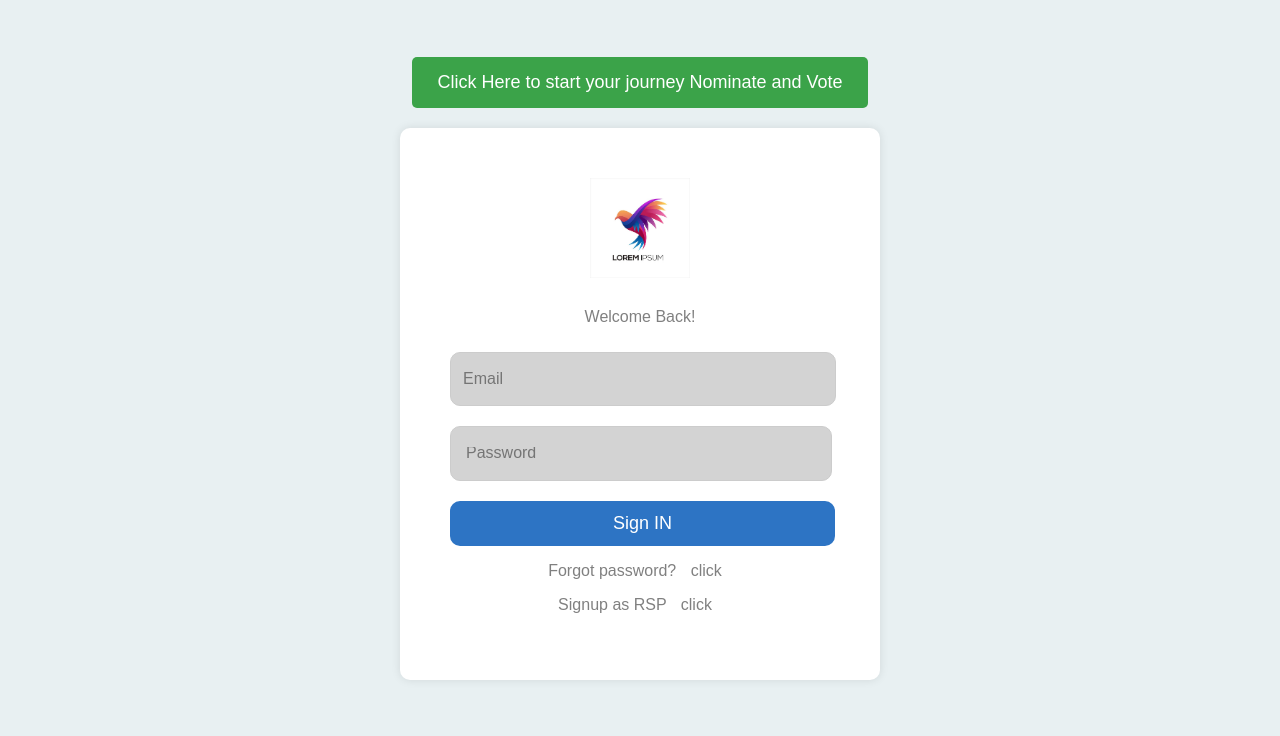
Repository: Femi007-gh/welcome
Page: index.html
These files come from the project's save history. The page is drawn as it stood at one moment and after a run of saves; the edit follows.
The browser window is 1280 px wide. The pictures show the whole page.
Some web libraries are served in a nearby version.

Above is the page before, as saved 2025-03-10 18:31:10.

After the next 2 saves:
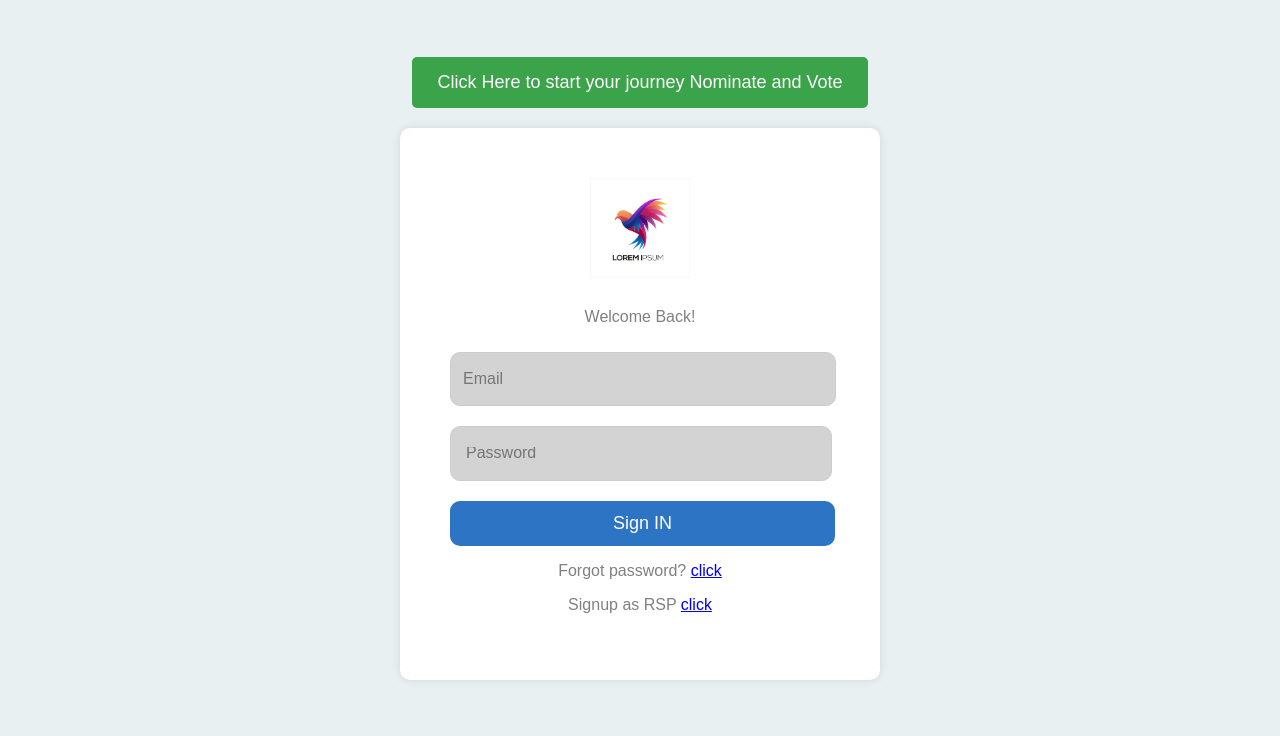
The 2 saves are shown as one change because they came seconds apart.
The last was saved 8 s later.
--- a/index.html
+++ b/index.html
@@ -117,7 +117,7 @@
             <input type="password" placeholder="Password" class="fit">
         </div>
         <button class="sign-in-button">Sign IN</button>
-        <div class="links">
+        <div class="under">
           <p class="forgot">
             Forgot password?
           <a href="#">click</a>

After the 3 saves that followed:
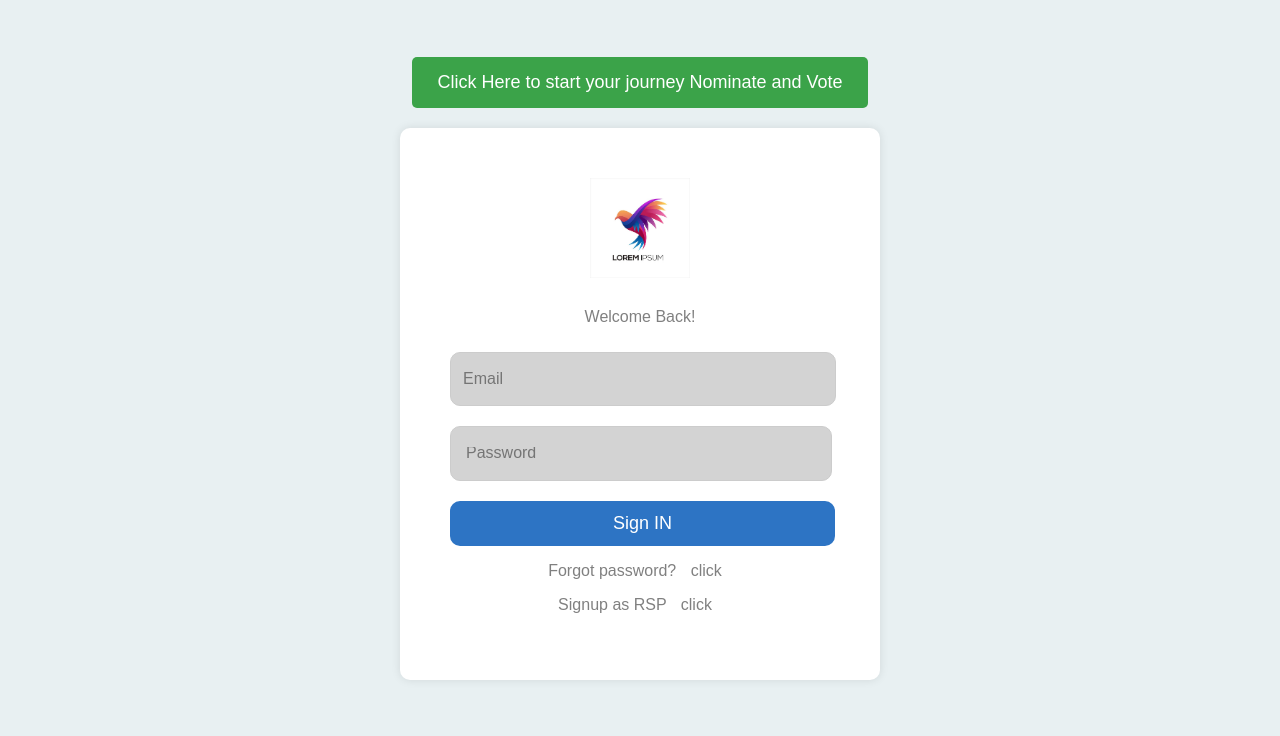
The 3 saves are shown as one change because they came seconds apart.
The last was saved 29 s later.
--- a/index.html
+++ b/index.html
@@ -117,7 +117,7 @@
             <input type="password" placeholder="Password" class="fit">
         </div>
         <button class="sign-in-button">Sign IN</button>
-        <div class="under">
+        <div class="links">
           <p class="forgot">
             Forgot password?
           <a href="#">click</a>
